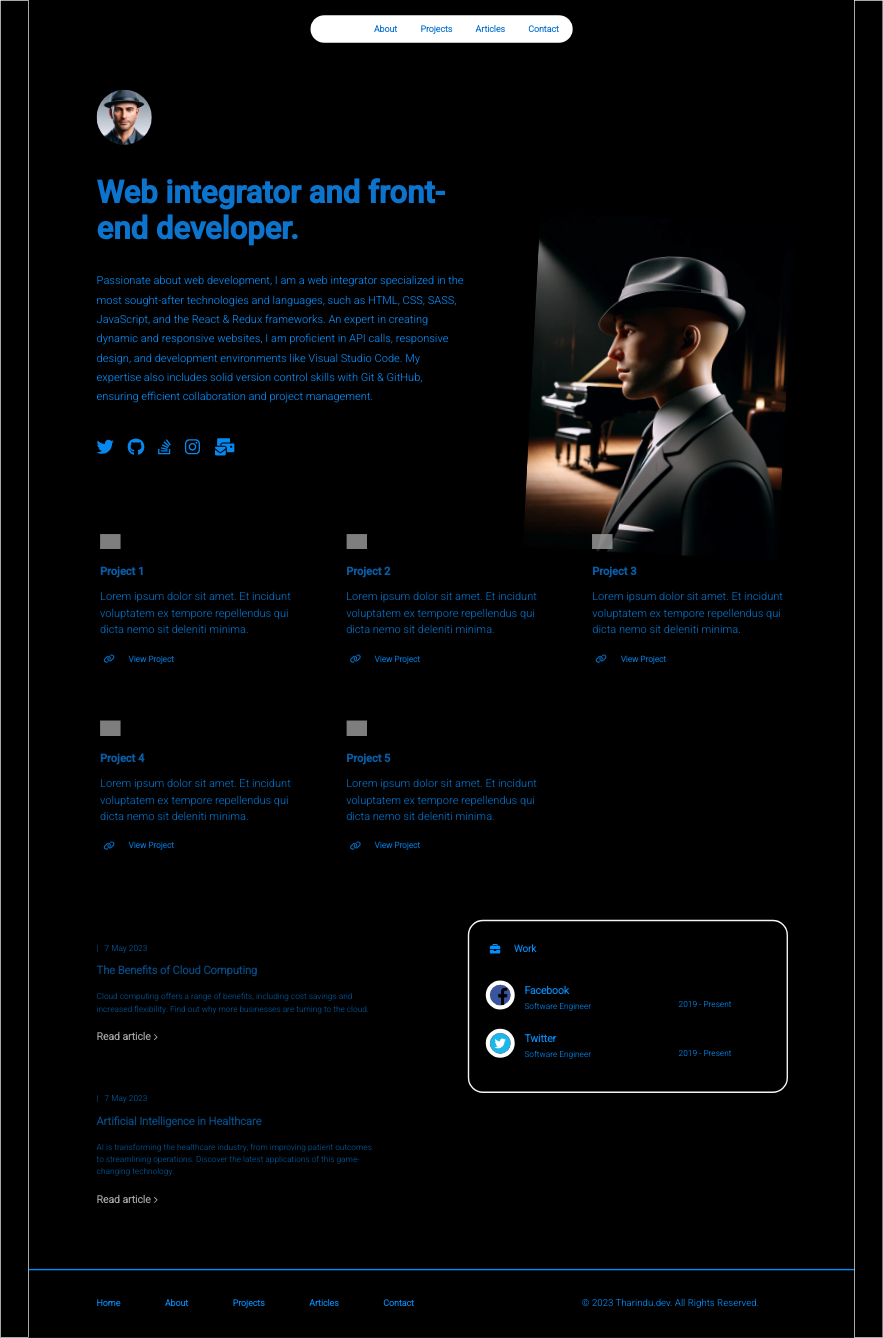
Repository: Dimple3377/reactfolio-master
Page: /
The author's editor kept a copy of each file at every save. The page is drawn from the files as they stood at one save, then again after the next save.
The browser window is 1280 px wide. The pictures show the whole page, at 69% of full size.
Pictures or frames that could not be fetched are drawn as grey boxes. The project was rebuilt for these pictures with package versions that can differ from the ones it lists, and the page was loaded fresh each time. Also part of the build but not shown: src/components/about/socials.jsx, src/pages/styles/about.css, src/pages/about.jsx, src/pages/styles/projects.css, src/pages/projects.jsx, src/components/articles/article.jsx, src/pages/styles/articles.css, src/pages/articles.jsx and 5 more.

Above is the page before, as saved 2024-04-24 01:19:32.

After the next save:
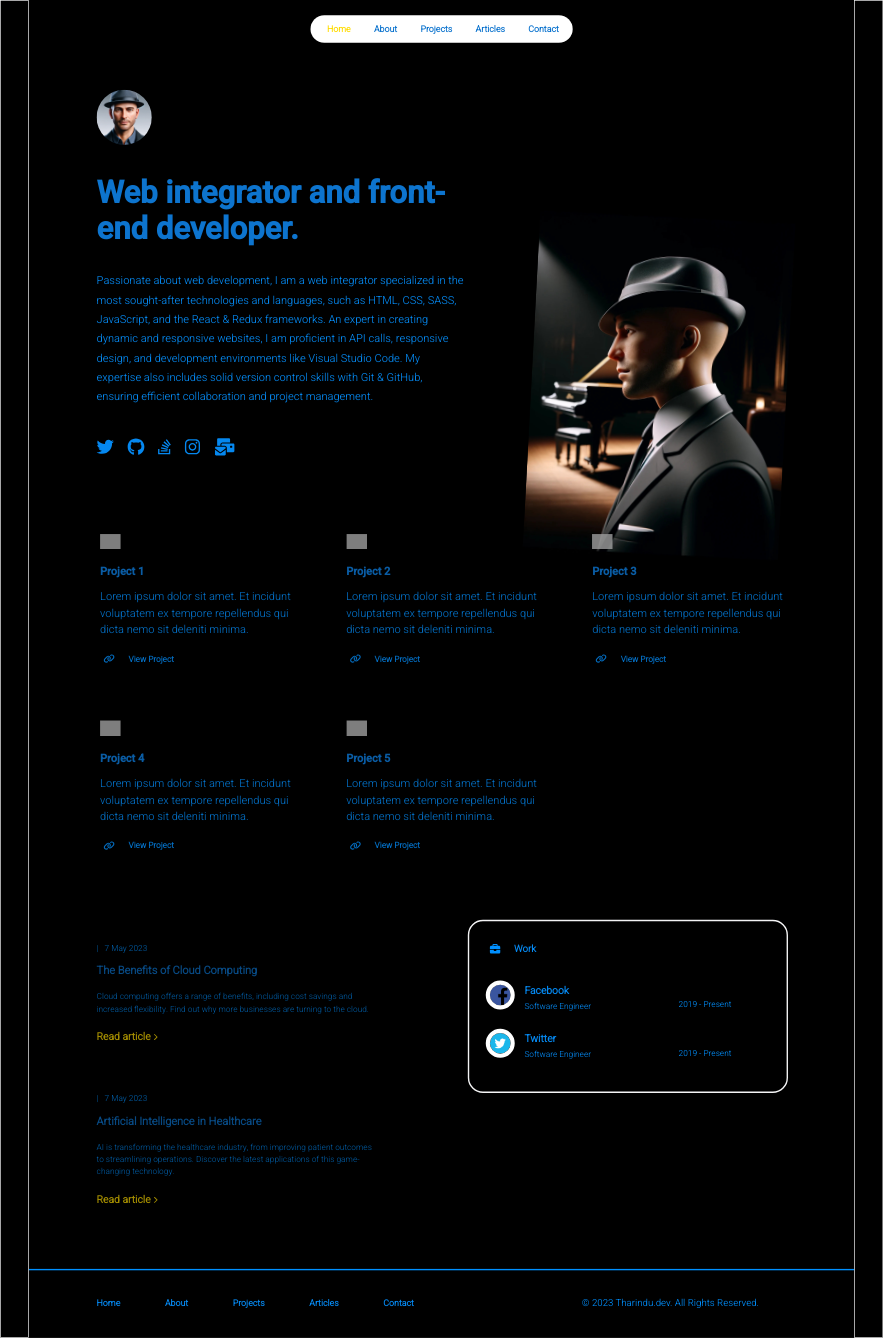
Saved 46 s later.
--- a/src/data/styles.css
+++ b/src/data/styles.css
@@ -4,7 +4,7 @@
 	--secondary-color: #0588f0;
 	--tertiary-color: #0090ff;
 	--quaternary-color: #5eb1ef;
-	--link-color: white;
+	--link-color: #ffdc00;
 	/* ---------------------- */
 
 	/* ------- fonts ------- */
